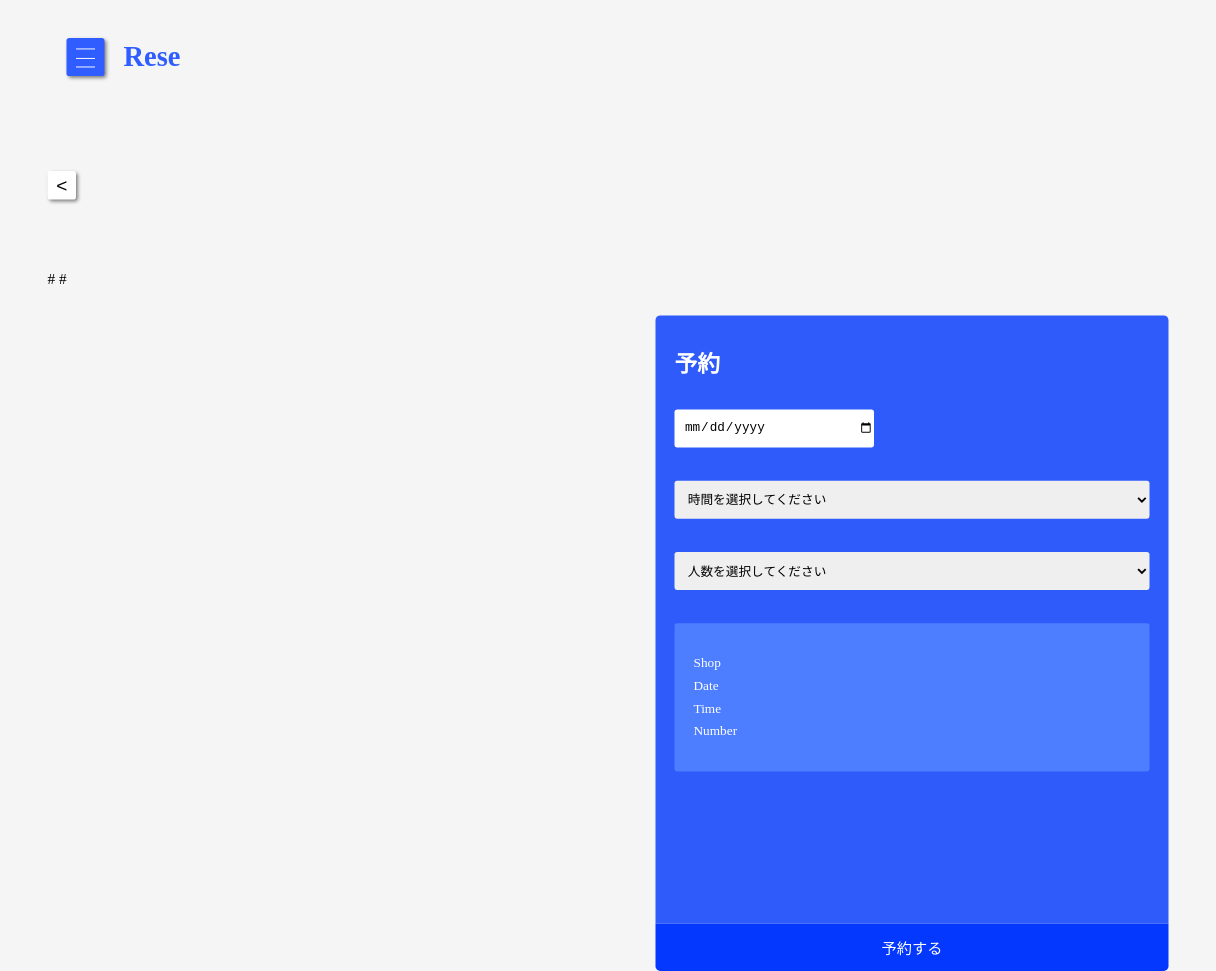
Repository: Haruka-Wada/Rese
Page: src/resources/views/shop_detail.blade.php
These files come from the project's save history. The page is drawn as it stood at one moment and after the next save; the edit follows.
The browser window is 1280 px wide. The pictures show the whole page, at 95% of full size.
The page is served by the project's Laravel application, run on PHP 8.4 with Laravel 8. Other server files are loaded and not shown. The template is opened directly, without the code that normally fills it, so the values that code supplies are empty.

Above is the page before, as saved 2024-11-19 14:57:06.

### src/routes/web.php
<?php

use App\Http\Controllers\ReseController;
use Illuminate\Database\Console\Migrations\ResetCommand;
use Illuminate\Support\Facades\Route;
use SebastianBergmann\GlobalState\Restorer;

/*
|--------------------------------------------------------------------------
| Web Routes
|--------------------------------------------------------------------------
|
| Here is where you can register web routes for your application. These
| routes are loaded by the RouteServiceProvider within a group which
| contains the "web" middleware group. Now create something great!
|
*/

Route::get('/', [ReseController::class, 'index']);
Route::get('/detail/{shop_id?}', [ReseController::class, 'detail']);
Route::get('/search', [ReseController::class, 'search']);

Route::middleware(['verified'])->group(function(){
    Route::middleware('auth')->group(function () {
        Route::get('/thanks', [ReseController::class, 'thanks']);
        Route::get('/mypage', [ReseController::class, 'myPage']);
        Route::post('/favorite', [ReseController::class, 'favorite']);
        Route::post('/reservation', [ReseController::class, 'reservation']);
        Route::get('/done', [ReseController::class, 'done']);
        Route::delete('/delete',[ReseController::class, 'reservationDelete']);
        Route::get('/edit', [ReseController::class, 'reservationEdit']);
        Route::patch('/edit/update', [ReseController::class, 'reservationUpdate']);
    });
});

### src/resources/views/shop_detail.blade.php
@extends('layouts/app')

@section('css')
<link rel="stylesheet" href="{{ asset('css/shop_detail.css') }}">
@endsection

@section('main')
<div class="main__container">
    <div class="shop__container">
        <div class="shop__name-area">
            <button onclick="location.href='/'">&lt;</button>
            <h2>{{ $shop->name }}</h2>
        </div>
        <div class="shop__img">
            <img src="{{ $shop->image}}" alt="">
        </div>
        <div class="shop__tag">
            <span>#{{ $shop->area->name }}</span>
            <span>#{{ $shop->genre->name }}</span>
        </div>
        <div class="shop__outline">
            <p>{{ $shop->outline }}</p>
        </div>
    </div>
    <div class="reservation__container">
        <div class="reservation__wrap">
            <div class="reservation__title">
                <h2>予約</h2>
            </div>
            <form action="/reservation" method="post" id="reservation">
                @csrf
                <div class="reservation__form">
                    <input type="hidden" name="shop_id" value="{{ $shop->id }}">
                    <input type="date" name="date" class="reservation__date">
                    <div class="reservation__error">
                        @error('date')
                        {{ $message }}
                        @enderror
                    </div>
                    <select name="time" id="" class="reservation__time">
                        <option disabled selected>時間を選択してください</option>
                        <option value="17:00">17:00</option>
                        <option value="17:30">17:30</option>
                        <option value="18:00">18:00</option>
                        <option value="18:30">18:30</option>
                        <option value="19:00">19:00</option>
                        <option value="19:30">19:30</option>
                        <option value="20:00">20:00</option>
                        <option value="20:30">20:30</option>
                        <option value="21:00">21:00</option>
                        <option value="21:30">21:30</option>
                        <option value="22:00">22:00</option>
                        <option value="22:30">22:30</option>
                        <option value="23:00">23:00</option>
                    </select>
                    <div class="reservation__error">
                        @error('time')
                        {{ $message }}
                        @enderror
                    </div>
                    <select name="number" id="" class="reservation__number">
                        <option disabled selected>人数を選択してください</option>
                        @for($i = 1; $i < 51; $i++)
                            <option value="{{ $i }}">{{ $i }}人</option>
                            @endfor
                    </select>
                    <div class="reservation__error">
                        @error('number')
                        {{ $message }}
                        @enderror
                    </div>
                </div>
            </form>
            <div class="reservation__confirm">
                <dl class="reservation__confirm-list">
                    <dt class="reservation__confirm-item">Shop</dt>
                    <dd class="reservation__confirm-content">{{ $shop->name }}</dd>
                </dl>
                <dl class="reservation__confirm-list">
                    <dt class="reservation__confirm-item">Date</dt>
                    <dd class="reservation__confirm-content" id="date"></dd>
                </dl>
                <dl class="reservation__confirm-list">
                    <dt class="reservation__confirm-item">Time</dt>
                    <dd class="reservation__confirm-content" id="time"></dd>
                </dl>
                <dl class="reservation__confirm-list">
                    <dt class="reservation__confirm-item">Number</dt>
                    <dd class="reservation__confirm-content" id="number"></dd>
                </dl>
            </div>
        </div>
        <div class="reservation__button">
            <button form="reservation">予約する</button>
        </div>
    </div>

    <script type="text/javascript">
        $(function() {
            const date = $('#date');
            $('[name=date]').change(function() {
                const selectedDate = $('[name=date]').val();
                const formatDate = new Date(selectedDate);
                const year = formatDate.getFullYear();
                const month = formatDate.getMonth() + 1;
                const day = formatDate.getDate();
                date.text(year + "/" + month + "/" + day);
            })
        })

        $(function() {
            const time = $('#time');
            $('[name=time]').change(function() {
                const selectedTime = $('[name=time] option:selected').text();
                time.text(selectedTime);
            });
        });

        $(function() {
            const number = $('#number');
            $('[name=number]').change(function() {
                const selectedNumber = $('[name=number] option:selected').text();
                number.text(selectedNumber);
            })
        })
    </script>
    @endsection

### src/resources/views/layouts/app.blade.php
<!DOCTYPE html>
<html lang="ja">

<head>
    <meta charset="UTF-8">
    <meta name="viewport" content="width=device-width, initial-scale=1.0">
    <meta name="csrf-token" content="{{ csrf_token()}}">
    <title>Rese</title>
    <link rel="stylesheet" href="{{ asset('css/sanitize.css') }}">
    <link rel="stylesheet" href="{{ asset('css/app.css') }}">
    @yield('css')
    <script src="https://ajax.googleapis.com/ajax/libs/jquery/3.3.1/jquery.min.js"></script>
</head>

<body>

    <header>
        <div class="header__wrapper">
            <button class="header__nav" onclick="navFunc()"></button>
            <nav class="header__hamburger">
                <ul class="hamburger__menu">
                    <li><a href="/" class="hamburger__menu-link">HOME</a></li>
                    @if(Auth::check())
                    <li>
                        <form action="/logout" method="post">
                            @csrf
                            <button class="hamburger__menu-logout">Logout</button>
                        </form>
                    </li>
                    <li><a href="/mypage" class="hamburger__menu-link">Mypage</a></li>
                    @else
                    <li><a href="/register" class="hamburger__menu-link registration">Registration</a></li>
                    <li><a href="/login" class="hamburger__menu-link">Login</a></li>
                    @endif
                </ul>
            </nav>
            <h1 class="header__logo">Rese</h1>
            @yield('search')
        </div>
    </header>
    <main class="main">
        @yield('main')
    </ま>

    <script type="text/javascript">
        function navFunc() {
            document.querySelector('html').classList.toggle('open');
        }
    </script>
</body>

</html>

### src/public/css/sanitize.css
/*
html5doctor.com Reset Stylesheet
v1.6.1
Last Updated: 2010-09-17
Author: Richard Clark - http://richclarkdesign.com
Twitter: @rich_clark
*/

html,
body,
div,
span,
object,
iframe,
h1,
h2,
h3,
h4,
h5,
h6,
p,
blockquote,
pre,
abbr,
address,
cite,
code,
del,
dfn,
em,
img,
ins,
kbd,
q,
samp,
small,
strong,
sub,
sup,
var,
b,
i,
dl,
dt,
dd,
ol,
ul,
li,
fieldset,
form,
label,
legend,
table,
caption,
tbody,
tfoot,
thead,
tr,
th,
td,
article,
aside,
canvas,
details,
figcaption,
figure,
footer,
header,
hgroup,
menu,
nav,
section,
summary,
time,
mark,
audio,
video {
    margin: 0;
    padding: 0;
    border: 0;
    outline: 0;
    font-size: 100%;
    vertical-align: baseline;
    background: transparent;
}

body {
    line-height: 1;
}

article,
aside,
details,
figcaption,
figure,
footer,
header,
hgroup,
menu,
nav,
section {
    display: block;
}

nav ul {
    list-style: none;
}

blockquote,
q {
    quotes: none;
}

blockquote:before,
blockquote:after,
q:before,
q:after {
    content: '';
    content: none;
}

a {
    margin: 0;
    padding: 0;
    font-size: 100%;
    vertical-align: baseline;
    background: transparent;
}

/* change colours to suit your needs */
ins {
    background-color: #ff9;
    color: #000;
    text-decoration: none;
}

/* change colours to suit your needs */
mark {
    background-color: #ff9;
    color: #000;
    font-style: italic;
    font-weight: bold;
}

del {
    text-decoration: line-through;
}

abbr[title],
dfn[title] {
    border-bottom: 1px dotted;
    cursor: help;
}

table {
    border-collapse: collapse;
    border-spacing: 0;
}

/* change border colour to suit your needs */
hr {
    display: block;
    height: 1px;
    border: 0;
    border-top: 1px solid #cccccc;
    margin: 1em 0;
    padding: 0;
}

input,
select {
    vertical-align: middle;
}

### src/public/css/app.css
body {
    background-color: whitesmoke;
    width: 100vw;
}

.header__wrapper {
    width: 90%;
    height: 60px;
    margin: 0 auto;
    display: flex;
    justify-content: space-between;
    align-items: center;
    padding: 30px 60px;
    position: fixed;
    z-index: 10;
    background-color: whitesmoke;
}

.header__nav {
    padding: 10px;
    margin: 10px;
    border: none;
    outline: none;
    background: none;
    width: 40px;
    height: 40px;
    cursor: pointer;
    background-color: #305DFF;
    box-shadow: 2px 2px 4px gray;
    border-radius: 3px;
    color: white;
}

.header__nav::before {
    content: '';
    display: block;
    height: 1px;
    background-color: currentColor;
    transform: translateY(-8px);
    transition: 0.3s ease-in-out;
    box-shadow: 0 10px currentColor;
}

.header__nav::after {
    content: '';
    display: block;
    height: 1px;
    background-color: currentColor;
    transform: translateY(10px);
    transition: 0.3s ease-in-out;
}

.open .header__nav {
    z-index: 1000;
}

.open .header__nav::before {
    transform: rotate(-45deg);
    box-shadow: none;
}

.open .header__nav::after {
    transform: rotate(45deg);
    box-shadow: none;
}

.header__logo {
    color: #305DFF;
    font-size: 30px;
    position: fixed;
    left: 130px;
    transition: 0.5s;
}

.header__hamburger {
    display: flex;
    justify-content: center;
    align-items: center;
    position: absolute;
    width: 0;
    height: 0;
    top: 45px;
    left: 55px;
    overflow: hidden;
    color: transparent;
    transition: 0.5s ease-in-out;
}

.open .header__hamburger {
    top: 0;
    left: 0;
    width: 100vw;
    height: 100vh;
    background-color: white;
    z-index: 100;
}

.hamburger__menu {
    padding: 10% 0;
}

.hamburger__menu li {
    text-align: center;
    list-style: none;
    line-height: 300%;
}

.hamburger__menu-link {
    color: #305DFF;
    font-size: 25px;
    text-decoration: none;
    font-weight: 550;
}

.hamburger__menu-logout {
    border: none;
    outline: none;
    background-color: white;
    color: #305DFF;
    font-size: 25px;
    margin: 20px;
}

.registration {
    display: inline-block;
    margin: 20px;
}

.main {
    padding-top: 130px;
}

@media screen and (max-width: 768px) {
    .header__wrapper {
        padding: 30px;
    }

    .header__logo {
        left: 100px;
    }

    .main {
        padding-top: 120px;
    }
}

### src/public/css/shop_detail.css
.header__wrapper {
    width: 40%;
}

.main {
    padding: 0;
    display: grid;
    grid-template-rows: 130px 400px;
    grid-template-columns: 50% 1fr;
}

.main__container {
    grid-row: 2/3;
    grid-column: 1/3;
    padding: 50px;
}

.shop__container {
    grid-row: 2/3;
    grid-column: 1/2;
    width: 50%;
    margin-right: 25px;
}

.shop__name-area {
    display: flex;
    align-items: center;
    padding-bottom: 30px;
}

.shop__name-area button {
    width: 30px;
    height: 30px;
    font-size: 20px;
    background-color: white;
    border: none;
    border-radius: 3px;
    box-shadow: 2px 2px 4px gray;
}

.shop__name-area h2 {
    padding-left: 20px;
    font-size: 30px;
}
.shop__img {
    width: 100%;
}

.shop__img img{
    width: 100%;
}

.shop__tag {
    padding: 30px 0;
}

.shop__outline {
    line-height: 1.3;
}

.reservation__container {
    width: 50%;
    grid-row: 2/3;
    grid-column: 2/3;
    position: absolute;
    left: 50%;
    margin-right: 50px;
}

.reservation__wrap {
    background-color: #2F5BFB;
    border-radius: 5px 5px 0 0;
    padding: 20px 20px 160px;
    margin: 0 50px;
}

.reservation__title {
    color: white;
    padding: 20px 0;
    font-size: 24px;
}

.reservation__date {
    width: 40%;
    height: 40px;
    border: none;
    border-radius: 3px;
    padding-left: 10px;
    margin: 15px 0;
}

.reservation__time, .reservation__number{
    width: 100%;
    height: 40px;
    border: none;
    border-radius: 3px;
    padding-left: 10px;
    margin-bottom: 15px;
}

.reservation__confirm {
    background-color: #4D7EFF;
    border-radius: 3px;
    color: white;
    padding: 30px 20px;
}

.reservation__confirm-list {
    font-size: 14px;
    display: flex;
    padding: 5px 0;
}

.reservation__confirm-item {
    width: 25%;
}

.reservation__confirm-content {
    width: 75%;
}
.reservation__button {
    height: 50px;
    display: flex;
    align-items: center;
    margin: 0 50px;
    border-radius: 0 0 5px 5px;
    text-align: center;
}

.reservation__button button {
    width: 100%;
    height: 100%;
    font-size: 16px;
    border: none;
    border-radius: 0 0 5px 5px;
    background-color: #0438FF;
    color: white;
}

.reservation__error {
    color:  white;
    font-size: 14px;
    margin-bottom: 20px;
}

@media screen and (max-width:768px) {
    .header__wrapper {
        width: 100%;
    }

    .main__container {
        display: block;
        padding: 0 30px;
    }

    .shop__container {
        width: 100%;
    }

    .reservation__container {
        width: 100%;
        left: 0px;
        margin-top: 30px;
    }

    .reservation__wrap {
        height: auto;
        margin: 0 30px;
    }

    .reservation__date {
        width: 95%;
    }

    .reservation__button {
        margin: 0 30px;
    }
}

After the next save:
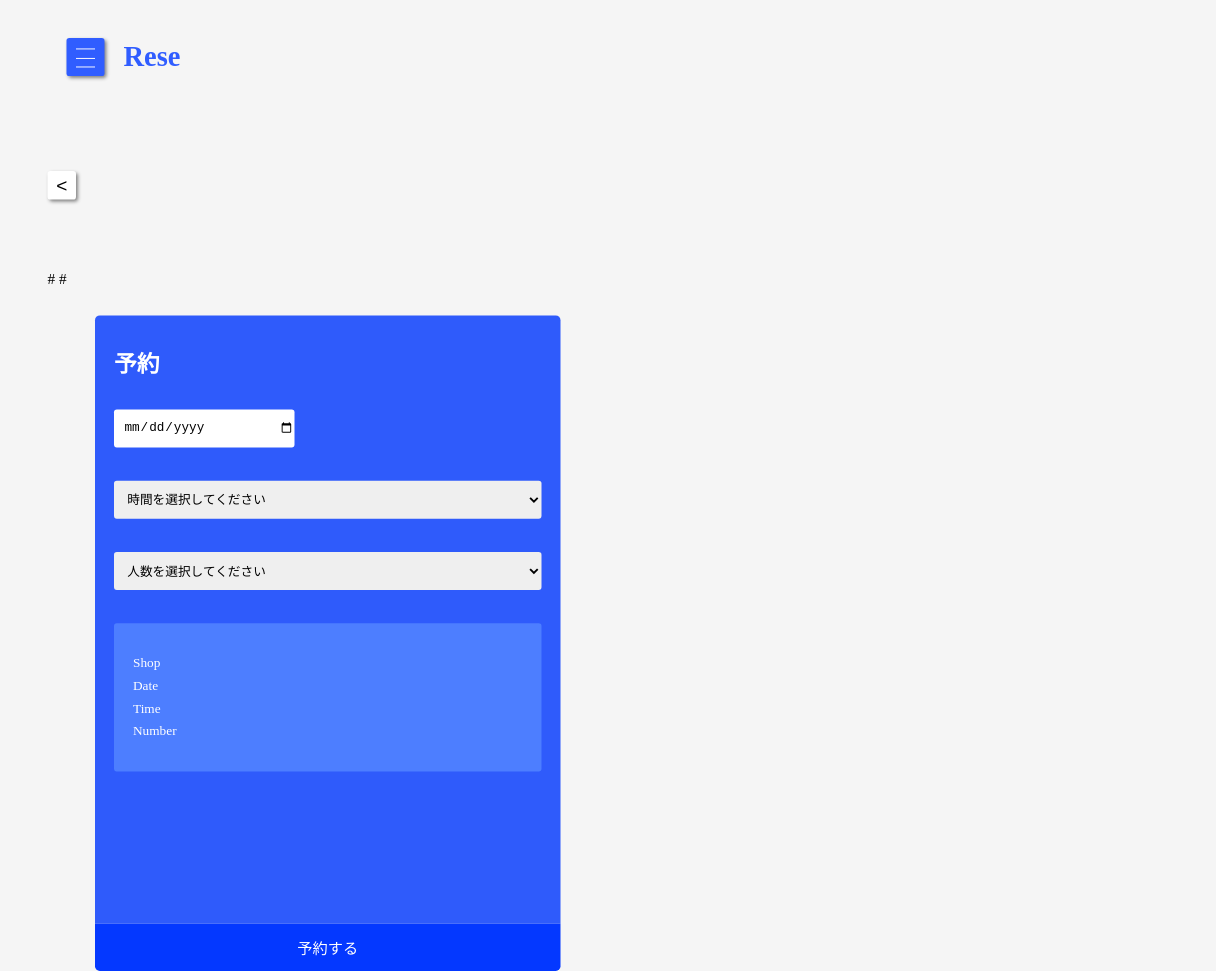
Saved 38 s later.
--- a/src/public/css/shop_detail.css
+++ b/src/public/css/shop_detail.css
@@ -62,8 +62,6 @@
     width: 50%;
     grid-row: 2/3;
     grid-column: 2/3;
-    position: absolute;
-    left: 50%;
     margin-right: 50px;
 }
 
